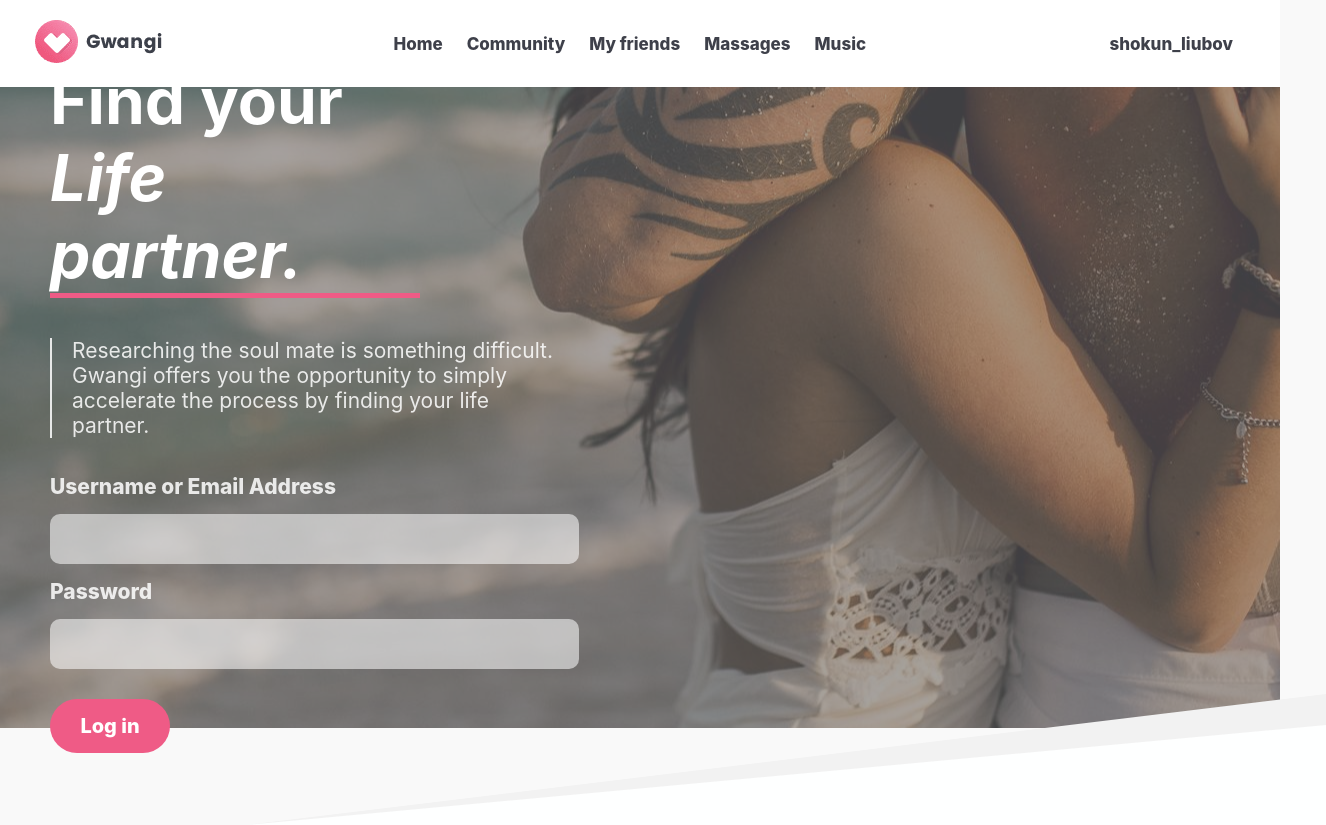
Repository: ShokunLiubov/Soc-Network-React
Page: /profile/1
The author's editor kept a copy of each file at every save. The page is drawn from the files as they stood at one save, then again after the next save.
The browser window is 1280 px wide. The page is 1326 px wide, so the pictures cover 1326 px, including what lies to the right of the window. The pictures show the whole page.
The project was rebuilt for these pictures with package versions that can differ from the ones it lists, and the page was loaded fresh each time. Requests to the local data server were answered from the project's data file. Also part of the build but not shown: src/components/common/Paginator/Paginator.module.css, src/components/common/Paginator/Paginator.jsx, src/components/Community/Community.module.css, src/components/Community/Friend/Friend.jsx, src/components/Community/Community.jsx, src/components/common/Preloader/Preloader.jsx, src/components/Community/CommunityContainer.jsx, src/components/Dialogs/Dialogs.module.css and 13 more.

Above is the page before, as saved 2022-08-31 12:10:08.

### src/index.js
import reportWebVitals from './reportWebVitals';
import store from './redux/redux-store';
import React from 'react';
import ReactDOM from 'react-dom/client';
import './index.css';
import App from './App';
import { BrowserRouter } from 'react-router-dom';
import { Provider } from 'react-redux'

const root = ReactDOM.createRoot(document.getElementById('root'));

  root.render(

      <BrowserRouter>
        <Provider store={store}>
          <App />
        </Provider>
      </BrowserRouter>


  );


// If you want to start measuring performance in your app, pass a function
// to log results (for example: reportWebVitals(console.log))
// or send to an analytics endpoint. Learn more: https://bit.ly/CRA-vitals
reportWebVitals();

### src/redux/redux-store.js
import {applyMiddleware, combineReducers, legacy_createStore as createStore} from "redux"
import dialogsReducer from "./dialogs-reducer"
import profileReducer from "./profile-reducer"
import communityReducer from "./community-reducer"
import authReducer from "./auth-reducer"
import thunkMiddleware from 'redux-thunk'

let reducers = combineReducers({
    profilePage : profileReducer,
    dialogsPage : dialogsReducer,
    communityPage : communityReducer,
    auth: authReducer
})

let store = createStore(reducers, applyMiddleware(thunkMiddleware))

window.store = store

export default store;

### src/App.js
import React from 'react';
import { Routes, Route } from "react-router-dom";
import './App.css';
import Registration from './components/Auth/Registration/Registration';
import CommunityContainer from './components/Community/CommunityContainer';
import DialogsContainer from './components/Dialogs/DialogsContainer';
import Home from './components/Home/Home';
import Music from './components/Music/Music';
import Navbar from './components/Navbar/Navbar';
import ProfileContainer from './components/Profile/ProfileContainer';

function App(props) {
  return (

    <div className='app-wrapper'>
      <Navbar />
      <Routes>
        <Route path='/home/*' element={<Home />} />

        <Route path='/community/*' element={<CommunityContainer />} />

        <Route path='/profile/:id' element={<ProfileContainer />} />
        <Route path='/profile/*' element={<ProfileContainer />} />

        <Route path='/dialogs/*' element={<DialogsContainer />} />

        <Route path='/music/*' element={<Music />} />

        <Route path='/login/*' element={<Registration />} />

      </Routes>

    </div>

  );
}

export default App;

### src/redux/dialogs-reducer.js
const SAND_MASSAGE = 'SAND-MASSAGE'
const UPDATE_NEW_MASSAGE_TEXT = 'UPDATE-NEW-MASSAGE-TEXT'

let initialState = {
    dialogsData: [
        { id: 1, name: 'Vika', ava: './../images/ava-w1.jpeg' },
        { id: 2, name: 'Eugen', ava: './../images/ava-m2.png' },
        { id: 3, name: 'Liubov', ava: './../images/ava-w3.jpeg' },
        { id: 4, name: 'Max', ava: './../images/ava-m1.jpeg' },
        { id: 5, name: 'Nika', ava: './../images/ava-w2.webp' }
    ],
    massagesData: [
        { id: 1, massage: 'Hi' },
        { id: 2, massage: 'How are you?' },
        { id: 3, massage: 'I am okey!' }
    ],
    newMassageText: ''
}

const dialogsReducer = (state = initialState, action) => {

    switch (action.type) {
        case SAND_MASSAGE:
            let text = state.newMassageText
            return {
                ...state,
                newMassageText: '',
                massagesData: [...state.massagesData, {id: Date.now(),massage: text}]
            }

        case UPDATE_NEW_MASSAGE_TEXT:
            return {
                ...state,
                newMassageText: action.newText
            }

        default:
            return state
    }

}

export const sandMassage = () => ({ type: SAND_MASSAGE })

export const onMassageChange = (text) =>
    ({ type: UPDATE_NEW_MASSAGE_TEXT, newText: text })

export default dialogsReducer;

### src/redux/auth-reducer.js
import { usersAuth } from "../api/api"

const SET_USER_DATA = 'SET-USER-DATA'

let initialState = {
    userId: undefined,
    email: undefined,
    login: undefined,
    isAuth: false,
    myUserProfile: {}
}
const authReducer = (state = initialState, action) => {
    switch (action.type) {
        case SET_USER_DATA:
            return {
                ...state,
                ...action.data,
                isAuth: true
            }
        default:
            return state
    }
}

export const setAuthUserData = (userId, email, login) => ({ type: SET_USER_DATA, data: {userId, email, login} })

export const getAuthUserData = () => {
    return (dispatch) => {
        usersAuth.getAuth().then(data => {
            if (data.resultCode === 0) {
                let { id, email, login } = data.data
                dispatch(setAuthUserData(id, email, login))
            }
        })
    }
}

export default authReducer;

### src/components/Auth/Registration/Registration.jsx
import React from 'react';
import styles from './Registration.module.css'

const Registration = () => {
    return (
        <div className={styles.background}>
            <div className={styles.registration}>
                <div className={styles.title}>Find your<br />
                    <i>Life partner.</i></div>
                <p className={styles.excerption}>Researching the soul mate is something difficult. Gwangi offers you the opportunity to simply accelerate the process by finding your life partner.</p>
                <form>
                    <div className={styles.username}>
                        <label>Username or Email Address</label>
                        <input type="text" />
                    </div>
                    <div className={styles.password}>
                        <label>Password</label>
                        <input type="password" />
                    </div>
                    <div className={styles.buttonLogin}>
                        <span>Log in</span>
                    </div>

                </form>
                <div className={styles.decorationGrey}></div>
                <div className={styles.decorationWhite}></div>
            </div>
            {/* <div className={styles.decoration}> */}
            {/* </div> */}

        </div>
    )
}

export default Registration;

### src/components/Dialogs/DialogsContainer.jsx
import React from 'react';
import { sandMassage, onMassageChange } from '../../redux/dialogs-reducer';
import Dialogs from './Dialogs';
import { connect } from 'react-redux'
import { withAuthNavigate } from '../../hoc/withAuthNavigate';


let mapStateToProps = (state) => {
    return {
        dialogsData: state.dialogsPage.dialogsData,
        massagesData: state.dialogsPage.massagesData,
        newMassageText: state.dialogsPage.newMassageText,
        isAuth: state.auth.isAuth
    }
}

let AuthNavigateComponent = withAuthNavigate(Dialogs)

const DialogsContainer = connect(mapStateToProps, { sandMassage, onMassageChange })(AuthNavigateComponent)

export default DialogsContainer;

### src/components/Navbar/Navbar.jsx
import React from 'react';
import { NavLink } from 'react-router-dom';
import AuthorizationContainer from '../Auth/AuthorizationContainer';
import styles from './Navbar.module.css'

const Navbar = () => {
    return (
        <div className={styles.navbar}>
            {/* LOGO */}
            <div className={styles.logo}><img src='./../images/logotype.png' /></div>
             {/* LOGO */}

            {/* MENU */}
            <nav className={styles.menu}>
                <div className={styles.item}>
                    <NavLink to='/home' className={navData => navData.isActive ? styles.active : styles.item}>Home</NavLink>
                </div>
                <div className={styles.item}>
                    <NavLink to='/community' className={navData => navData.isActive ? styles.active : styles.item}>Community</NavLink>
                </div>
                <div className={styles.item}>
                    <NavLink to='/friends' className={navData => navData.isActive ? styles.active : styles.item}>My friends</NavLink>
                </div>
                <div to='/dialogs' className={styles.item}>
                    <NavLink to='/dialogs' className={navData => navData.isActive ? styles.active : styles.item}>Massages</NavLink>
                </div>
                <div className={styles.item}>
                    <NavLink to='/music' className={navData => navData.isActive ? styles.active : styles.item}>Music</NavLink>
                </div>
            </nav>
            {/* MENU */}

            {/* Authorization */}
            <AuthorizationContainer />
            {/* Authorization */}

        </div>
    )
}

export default Navbar;

### src/components/Profile/ProfileContainer.jsx
import React from 'react';
import { connect } from 'react-redux'
import {  useLocation, useNavigate, useParams } from "react-router-dom"
import {getUserProfile} from '../../redux/profile-reducer'
import Profile from './Profile';
import { Navigate } from 'react-router-dom';
import { withAuthNavigate } from '../../hoc/withAuthNavigate';

class ProfileContainer extends React.Component {


    componentDidMount() {
        let profileId = this.props.router.params.id;
        if(!profileId) {
            profileId = 3
        }
        this.props.getUserProfile(profileId)
    }

    render() {
        return (
            <div>
                <Profile {...this.props }
                userProfileData={this.props.userProfile}/>
            </div>
        )
    }
}



let mapStateToProps = (state) => {
    return {
        userProfile: state.profilePage.userProfile,
        isAuth: state.auth.isAuth
    }
}

// let WithUrlDataContainerComponent = withRouter(ProfileContainer)

function withRouter(Component) {
    function ComponentWithRouterProp(props) {
        let location = useLocation();
        let navigate = useNavigate();
        let params = useParams();
        return (
            <Component
                {...props}
                router={{ location, navigate, params }}
            />
        );
    }

    return ComponentWithRouterProp;
}

let AuthNavigateComponent = withAuthNavigate(ProfileContainer)

export default connect(mapStateToProps,
    { getUserProfile })(withRouter(AuthNavigateComponent));

### src/api/api.js
import axios from 'axios';

const instance = axios.create({
    withCredentials: true,
    baseURL: 'http://localhost:3001/'
})

export const usersAPI = {
    getUsers(currentPage, pageSize) {
        return instance.get(`users?_page=${currentPage}&_limit=${pageSize}`).then(

            response => {
                const followed = Promise.all(response.data.map(async (user) => {
                    let follow = await instance.get(`follow?userId=${user.id}&authUserId=3`)
                    let isFollow = (follow.data[0]) ? true : false;
                    user.followed = isFollow
                    user.followedId = isFollow ? follow.data[0].id : ''
                    return user
                }))
                return followed
            }
        )
    },
    getUserProfile(profileId) {
        return instance.get('users/' + profileId + '?_embed=profile').then(response => response.data)
    },
    postFollow(id) {
        return instance.post('follow', {
            "id": Date.now(),
            "userId": id,
            "authUserId": 3
        })
    },
    deleteUnFollow(followedId) {
        return instance.delete(`follow/${followedId}`)
    }
}

export const usersAuth = {
    getAuth() {
        return instance.get('auth/1').then(response => response.data)
    },
}

### src/components/Auth/Registration/Registration.module.css
.background {
    background-image: url(./../../../../public/images/registration-bgr.jpeg);
    background-repeat: no-repeat;
    background-position: center;
    width: 100%;
    height: 89vh;
    position: relative;
    display: flex;
    align-items: center;
}

.background::before {
    content: " ";
    width: 100%;
    height: 89vh;
    background-color: #696a6e99;
    position: absolute;
    z-index: 1;
}

.registration {
    margin-left: 50px;
    position: relative;
    z-index: 20;
}

.title {
    color: #ffffff;
    font-size: 64px;
    max-width: 370px;
    font-weight: 700;
    border-bottom: 5px solid #ef5b86;
}

.excerption {
    margin-top: 40px;
    color: rgba(255, 255, 255, 0.85);
    font-size: 21px;
    max-width: 40%;
    padding: 0px 20px;
    border-left: 2px solid rgba(255, 255, 255, 0.85);
}

/* FORM */
.username,
.password {
    display: flex;
    flex-direction: column;
    max-width: 43%;
    color: rgba(255, 255, 255, 0.85);
}

.username input,
.password input {
    background-color: #ffffff8c;
    color: #ffffff;
    font-size: 21px;
    font-weight: 800;
    border-radius: 10px;
    border: none;
    height: 50px;
    padding: 0 20px;
    outline:none;
}

.username label,
.password label {
    margin: 15px 0;
    font-size: 21px;
    font-weight: 800;
}

.buttonLogin {
    cursor: pointer;
    margin-top: 30px;
    background-color: #ef5b86;
    width: 120px;
    padding: 15px 0;
    display: flex;
    justify-content: center;
    align-items: center;
    color: #ffffff;
    border-radius: 30px;
    font-weight: 800;
    font-size: 20px;
}

/* FORM */

.decorationGrey {
    position: absolute;
    bottom: -72px;
    right: -46px;
    width: 0;
	height: 0;
    border-top: 131px solid transparent;
	border-right: 150vh solid #f2f2f2;
	border-bottom: 0px solid #f2f2f2;
    /* transition: all 0.5s ease-out; */
}

.decorationWhite {
    position: absolute;
    bottom: -72px;
    right: -46px;
    width: 0;
	height: 0;
	border-top: 100px solid transparent;
	border-right: 150vh solid #feffff;
	border-bottom: 0px solid #feffff;
}

### src/hoc/withAuthNavigate.js
import React from 'react';
import { Navigate } from 'react-router-dom';

export const withAuthNavigate = (Component) => {
    class NavigateComponent extends React.Component {
        render() {
            if(!this.props.isAuth) return <Navigate to={'/login/'} />
            return <Component {...this.props} />
        }
    }
    return NavigateComponent
}

### src/components/Auth/AuthorizationContainer.jsx
import React from 'react';
import { connect } from 'react-redux'
import Authorization from './Authorization';
import { getAuthUserData } from '../../redux/auth-reducer';
import AuthProfile from './AuthProfile';

class AuthorizationContainer extends React.Component {

    componentDidMount() {
        this.props.getAuthUserData()

    }

    render() {
        return (
            <>
                {this.props.isAuth &&
                    <AuthProfile {...this.props} />}
                {!this.props.isAuth &&
                    <Authorization {...this.props} />}
            </>

        )
    }
}

let mapStateToProps = (state) => {
    return {
        isAuth: state.auth.isAuth,
        login: state.auth.login,
        myUserProfile: state.auth.myUserProfile
    }
}

export default connect(mapStateToProps,
    { getAuthUserData })(AuthorizationContainer)

### src/components/Navbar/Navbar.module.css
.navbar {
    display: flex;
    justify-content: space-between;
    align-items: center;
    padding: 20px 35px;
    background-color: #ffffff;
}

.logo {
    cursor: pointer;
}

.menu {
    display: flex;
}

.item a {
    margin: 0 12px;
    font-size: 17px;
    color: #3e404a;
    font-weight: 800;
    cursor: pointer;
    text-decoration: none;
}

.item a.active {
    color: #ef5b86;
}

### src/components/Auth/Authorization.jsx
import React from 'react';
import { NavLink } from 'react-router-dom';
import styles from './Authorization.module.css'

const Authorization = (props) => {
    return(
            <NavLink to='/login' className={styles.login}>
                <button className='button'>Login</button>
        </NavLink>
    )
}

export default Authorization;

### src/components/Auth/AuthProfile.jsx
import React from 'react';
import { NavLink } from 'react-router-dom';
import styles from './Authorization.module.css'

const AuthProfile = (props) => {

    return (
        <>
            <NavLink to='/profile' className={styles.myProfile}>
                <span className={styles.nickname}>{props.login}</span>
                {/* <img className={styles.ava} src={user.ava} alt="" /> */}
            </NavLink>
        </>
    )
}

export default AuthProfile;

### src/components/Auth/Authorization.module.css
.login {
    text-decoration: none;
}

.nickname {
    margin: 0 12px;
    font-size: 17px;
    color: #3e404a;
    font-weight: 800;
    cursor: pointer;
}

.myProfile {
    text-decoration: none;
    display: flex;
    flex-direction: row;
    align-items: center;
}

.ava {
    width: 50px;
    height: 50px;
    object-fit: cover;
    border-radius: 50%;
}

### src/components/Profile/Profile_body/MyPosts/Post/Post.module.css
.post {
    background-color: #ffffff;
    border: 1px solid #e8e8e9;
    border-radius: 10px;
    margin: 50px 0;
    position: relative;
    width: 70%;
    min-height: 100px;
}

.personInfo img {
    position: absolute;
    top: -20px;
    left: -20px;
    width: 80px;
    height: 80px;
    object-fit: cover;
    border-radius: 10px;
}

.personInfo {
    display: flex;
}

.postInfo {
    margin: 10px 80px;
}

.nickname {
    color: #3e404a;
    font-size: 18px;
    font-weight: 700;
}

.time {
    color: #9da6b0;
    font-size: 12px;
    font-weight: 600;
    margin-top: 5px;
}

.massage {
    color: #9ca6af;
    font-size: 15px;
    font-weight: 700;
    margin: 10px 80px;
}

.like {
    width: 100%;
    display: flex;
    justify-content: end;
}

button{
    background: none;
    border: none;
    display: flex;
    align-items: center;
    margin: 0 10px 10px;
}

.countLike {
    margin-left: 5px;
    color: #9da6b0;
    font-size: 12px;
    font-weight: 500;
}

Loaded but not shown: public/index.html (common file); src/reportWebVitals.js (common file); src/index.css (common file); src/App.css (common file); server/db.json (374 lines, source omitted); src/redux/community-reducer.js (132 lines, source omitted); src/redux/profile-reducer.js (67 lines, source omitted); src/components/Home/Home.module.css (no stored copy; drawn as an empty file); src/components/Music/Music.module.css (no stored copy; drawn as an empty file); src/components/Profile/Profile.module.css (no stored copy; drawn as an empty file)

After the next save:
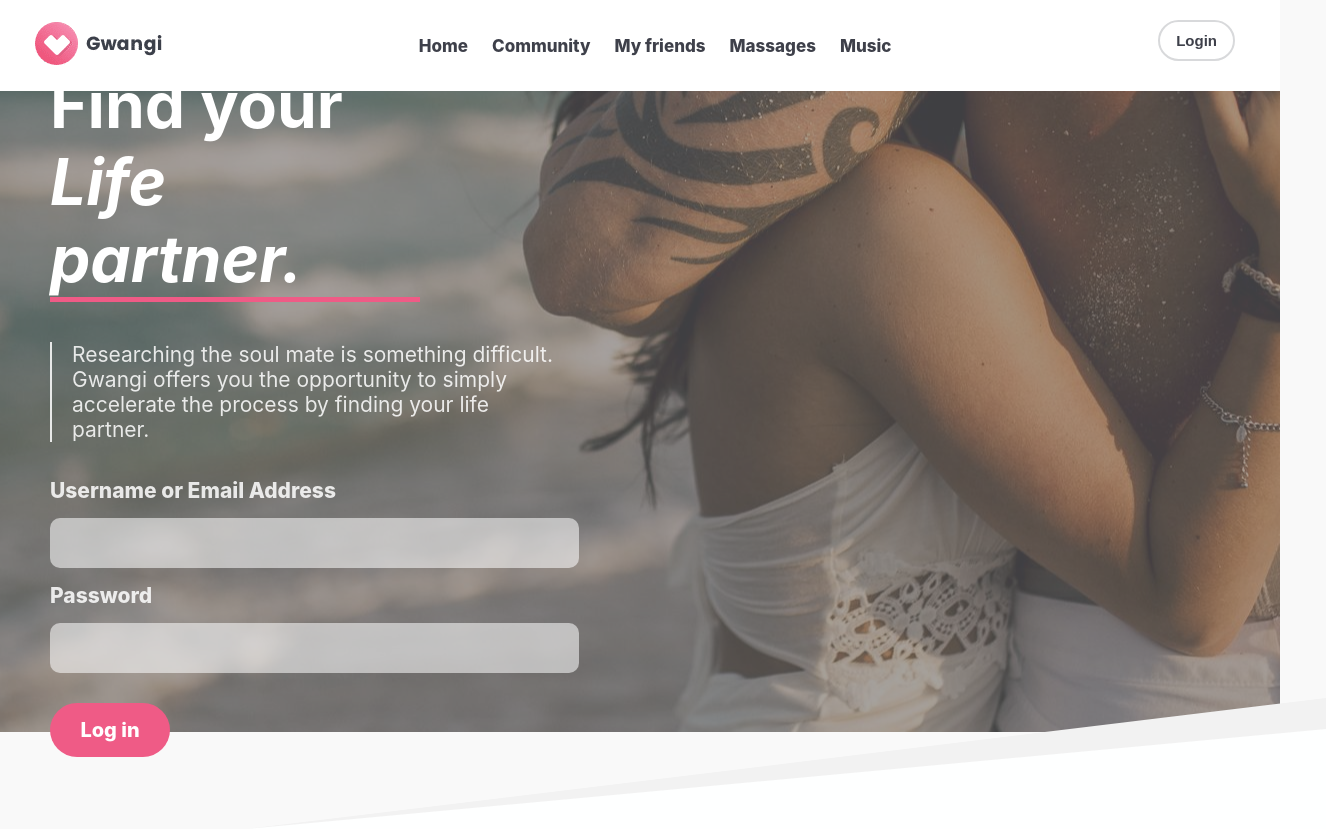
Saved 25 s later.
--- a/src/redux/auth-reducer.js
+++ b/src/redux/auth-reducer.js
@@ -15,7 +15,7 @@
             return {
                 ...state,
                 ...action.data,
-                isAuth: true
+                isAuth: false
             }
         default:
             return state

After the save that followed:
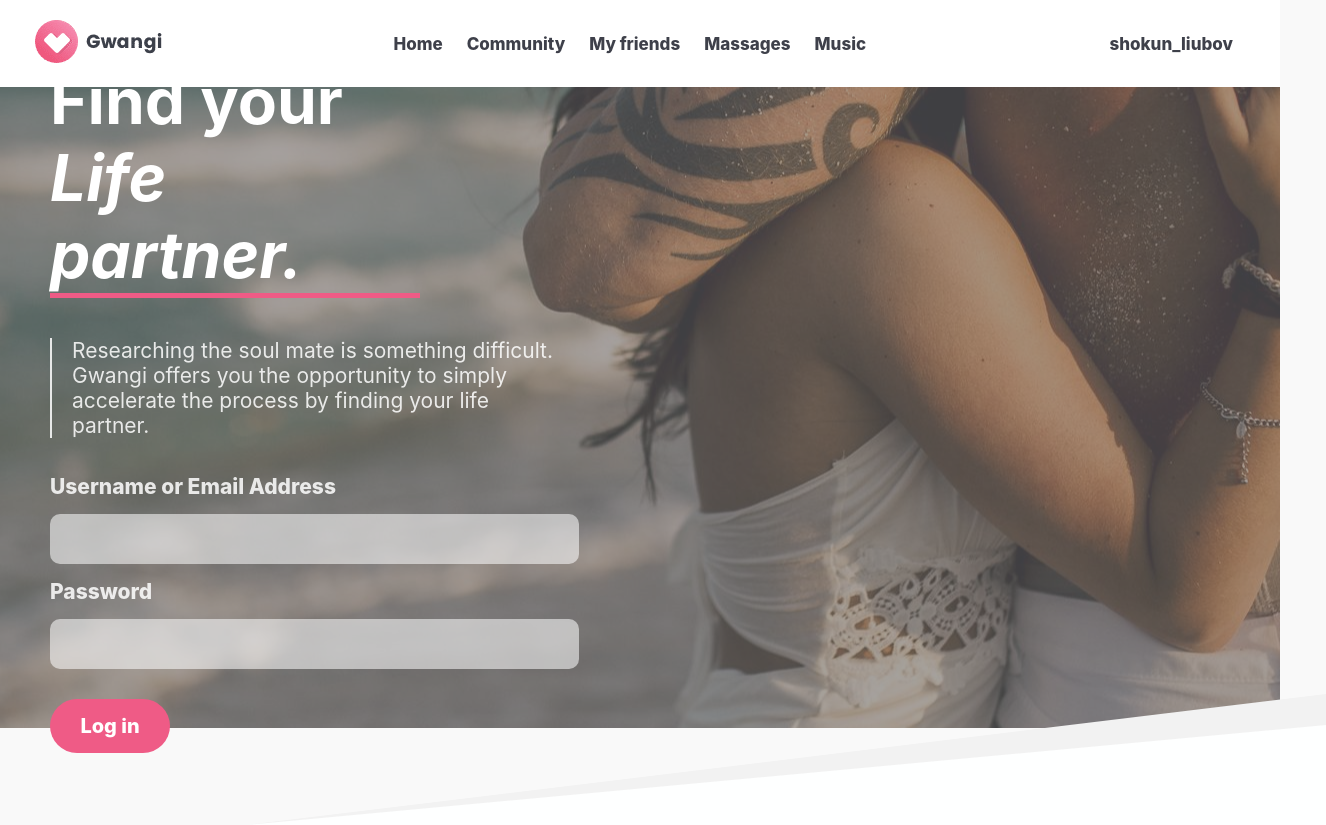
Saved 10 s later.
--- a/src/redux/auth-reducer.js
+++ b/src/redux/auth-reducer.js
@@ -15,7 +15,7 @@
             return {
                 ...state,
                 ...action.data,
-                isAuth: false
+                isAuth: true
             }
         default:
             return state
